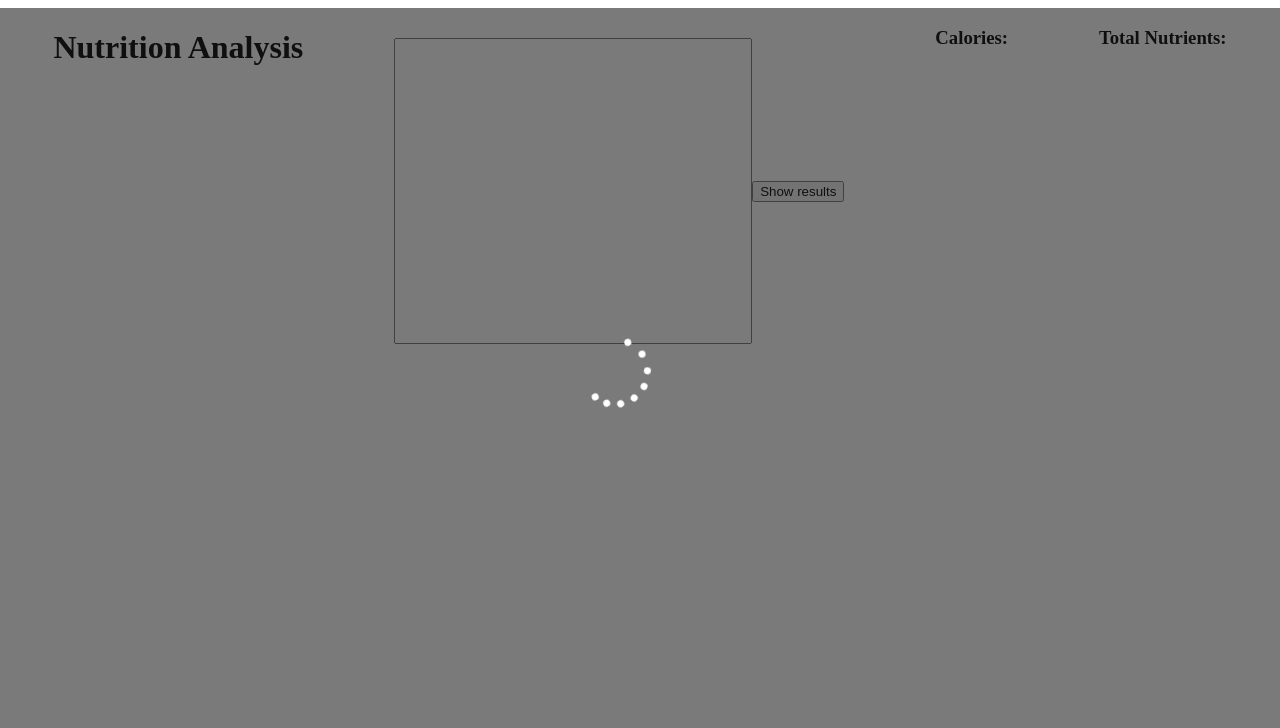
Repository: asya-aisa/nutrition-app
Page: /
An editor plug-in stored every save of this project. The page is shown before and after a run of saves, followed by the edit.
The browser window is 1280 px wide. The pictures show the whole page.
The page's requests for data from a server got no answer. The project was rebuilt for these pictures with package versions that can differ from the ones it lists, and the page was loaded fresh each time. No one was signed in, and anything a server would have sent is missing. Also part of the build but not shown: src/MyComponent.js.

Above is the page before, as saved 2023-09-25 20:42:00.

After the next 2 saves:
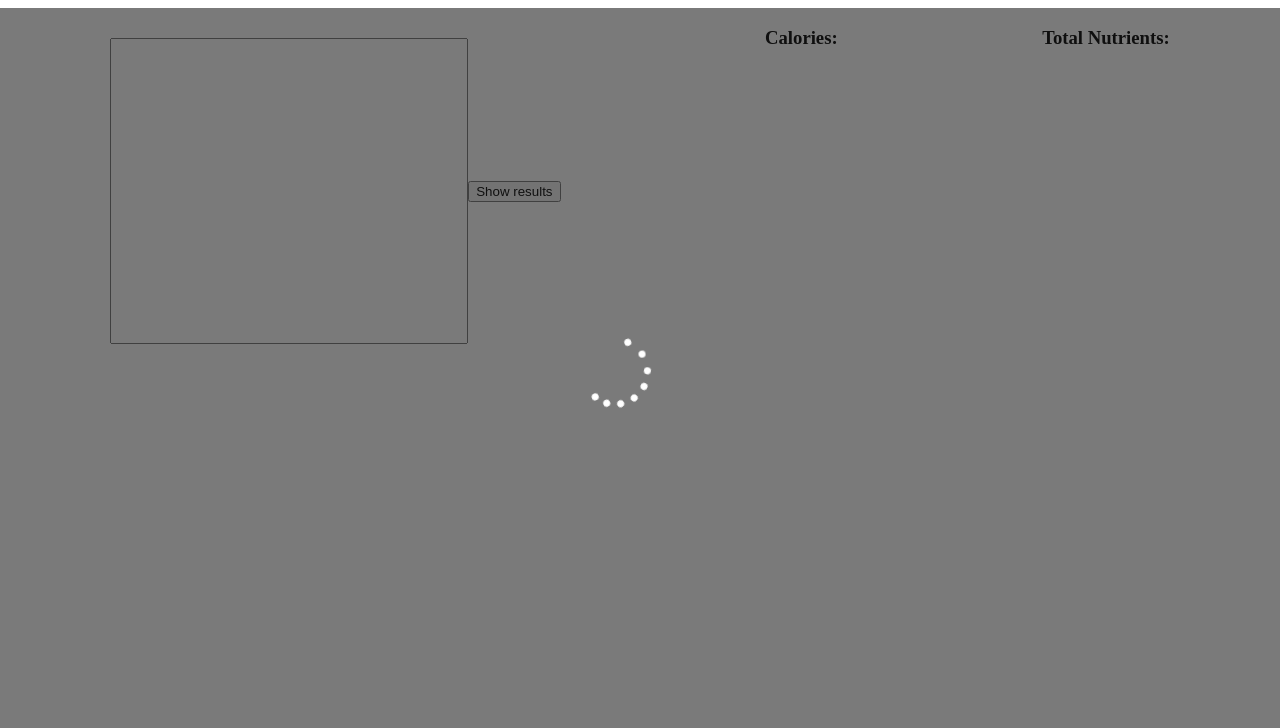
The 2 saves are shown as one change because they came seconds apart.
The last was saved 17 s later.
--- a/src/App.js
+++ b/src/App.js
@@ -55,9 +55,7 @@
   return (
     <div className="App">
 {stateLoader && <LoaderPage />}
-<div className='cont'>
-          <h1>Nutrition Analysis</h1>
-        </div>
+
       <form>
         <input type='text' onChange={handleInput} />
         <button onClick={changeBody}>Show results</button>

After the 2 saves that followed:
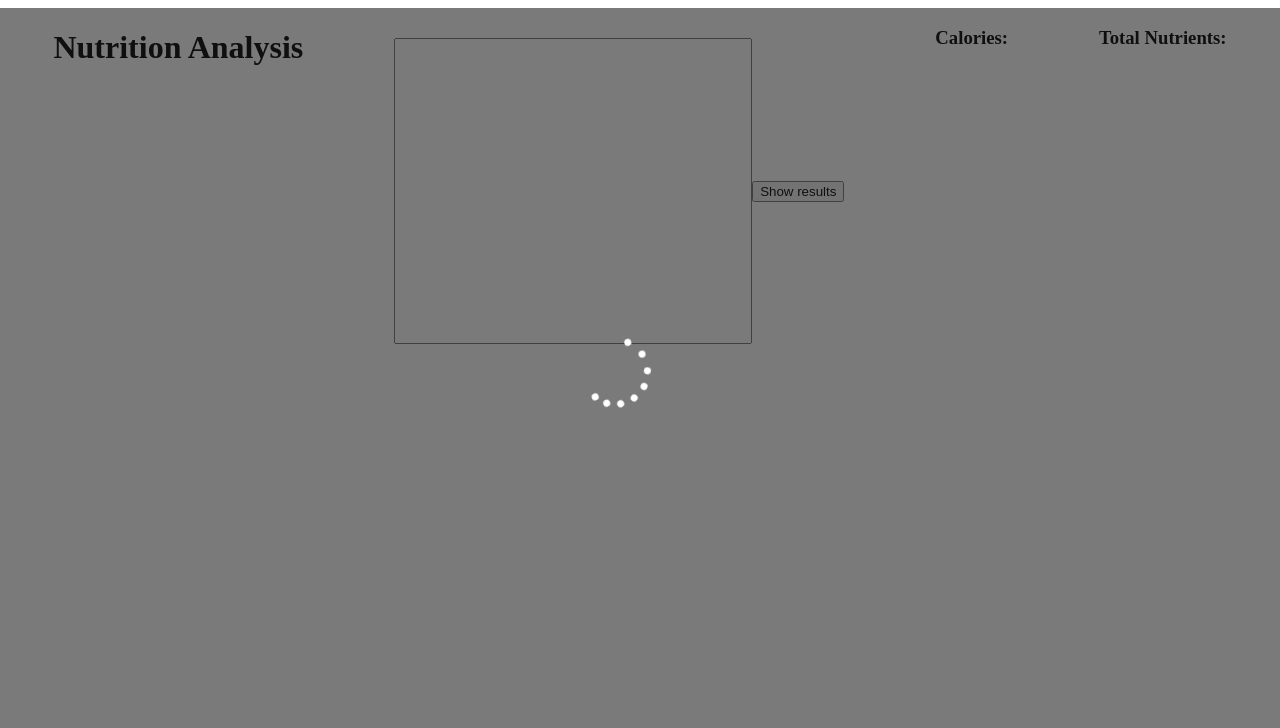
The 2 saves are shown as one change because they came seconds apart.
The last was saved 11 s later.
--- a/src/App.js
+++ b/src/App.js
@@ -55,7 +55,9 @@
   return (
     <div className="App">
 {stateLoader && <LoaderPage />}
-
+        <div className='cont'>
+          <h1>Nutrition Analysis</h1>
+        </div>
       <form>
         <input type='text' onChange={handleInput} />
         <button onClick={changeBody}>Show results</button>
